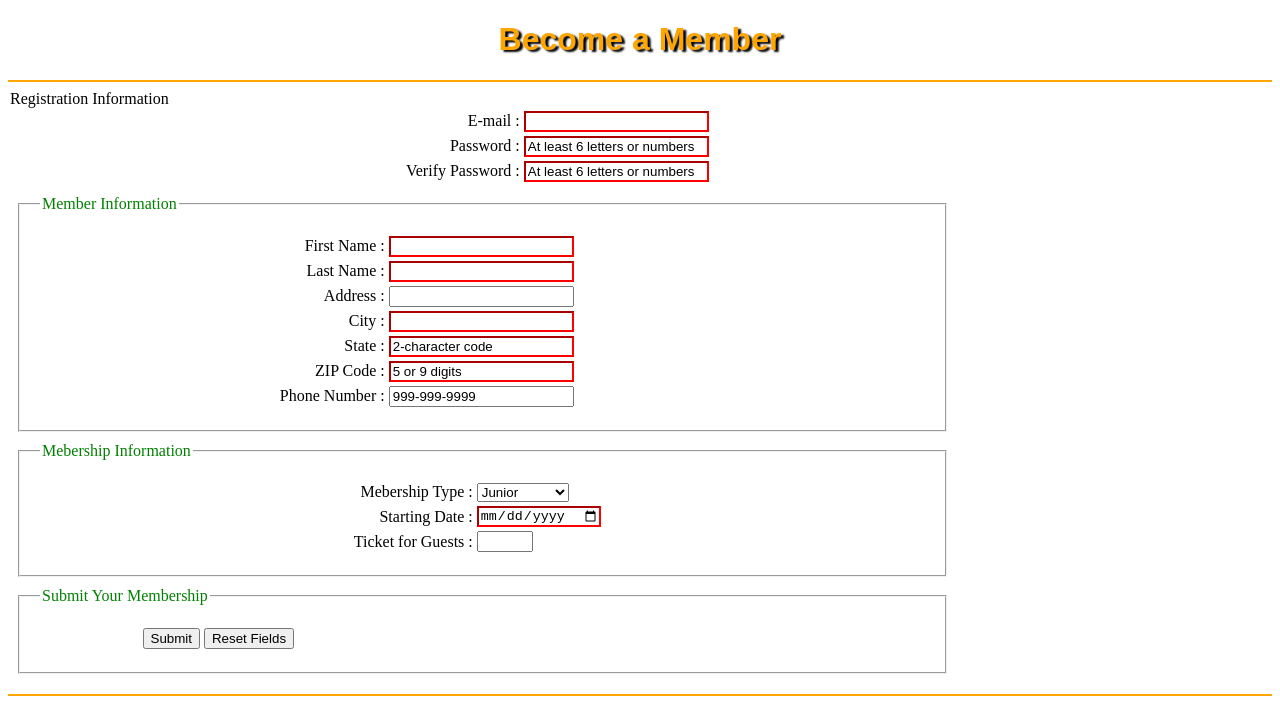
Repository: kjungyoun/Web_Study_2021
Page: 05_seoul08_homework/0302/0302.html
The author's editor kept a copy of each file at every save. The page is drawn from the files as they stood at one save, then again after the next save.
The browser window is 1280 px wide. The pictures show the whole page.
Some web fonts or font styles are not loaded; a fallback is used.

Above is the page before, as saved 2021-03-02 12:45:15.

### 05_seoul08_homework/0302/0302.html
<!DOCTYPE html>
<html>
<head>
<meta charset="UTF-8">
<title>Become a Member</title>
<style type="text/css">
	fieldset {
	color: green;
	width:70%;
	padding:20px;
	margin: 10px 30px;
	}
	table {
	color : black;
	margin: auto;
	width: 80%;
	}
	h1 {
	font-family: "Arial Black", sans-serif;
	color:orange;
	text-shadow: 3px 2px 2px black;
	}
</style>
</head>
<body>
<header>
	<h1 align="center">
		Become a Member
	</h1>
	<hr color="orange" size="2px">
</header>
<form action="index.html">
	<fieldset">
		<legend>Registration Information</legend>
		<table>
			<tbody>
				<tr>
					<td align="right">
						<label for="userid">E-mail : </label>
					</td>
					<td align="left">
						<input type="email" id="email" name="email" style="border-color: red">
					</td>
				</tr>
				<tr>
					<td align="right">
					<label for="password">Password : </label>
					</td>
					<td align="left">
						<input type="text" id="psw" name="psw" value="At least 6 letters or numbers" style="border-color:red">
					</td>
				</tr>
				<tr>
					<td align="right">
						<label for="vpassword">Verify Password : </label>
					</td>
					<td align="left">
						<input type="text" id="vpwd" name="vpwd" value="At least 6 letters or numbers" style="border-color:red;">
					</td>
				</tr>
			</tbody>
		</table>
	</fieldset>
	<fieldset style="margin:10px;">
		<legend>Member Information</legend>
		<table >
			<tbody>
				<tr>
					<td align="right">
						<label for="fname">First Name : </label>
					</td>
					<td align="left">
						<input type="text" id="fname" name="fname" style="border-color:red">
					</td>
				</tr>
				<tr>
					<td align="right">
					<label for="lname">Last Name : </label>
					</td>
					<td align="left">
						<input type="text" id="lname" name="lname" style="border-color:red">
					</td>
				</tr>
				<tr>
					<td align="right">
						<label for="address">Address : </label>
					</td>
					<td align="left">
						<input type="text" id="addr" name="addr">
					</td>
				</tr>
				<tr>
					<td align="right">
						<label for="city">City : </label>
					</td>
					<td align="left">
						<input type="text" id="city" name="city" style="border-color:red">
					</td>
				</tr>
				<tr>
					<td align="right">
						<label for="state">State : </label>
					</td>
					<td align="left">
						<input type="text" id="state" name="state" value="2-character code" style="border-color:red">
					</td>
				</tr>
				<tr>
					<td align="right">
						<label for="zip">ZIP Code : </label>
					</td>
					<td align="left">
						<input type="text" id="addr" name="addr" value="5 or 9 digits" style="border-color:red">
					</td>
				</tr>
				<tr>
					<td align="right">
						<label for="phone">Phone Number : </label>
					</td>
					<td align="left">
						<input type="tel" id="phone" name="phone" value="999-999-9999">
					</td>
				</tr>
			</tbody>
		</table>
	</fieldset>
	<fieldset style="margin:10px;">
		<legend>Mebership Information</legend>
		<table>
			<tr>
				<td align="right">
					<label for="type">Mebership Type : </label>
				</td>
				<td align="left">
					<select name="type" >
						<optgroup label="membership" >
							<option>Junior</option>
							<option>Senior</option>
							<option>Semi Pro</option>
							<option>Pro</option>
							<option>VIP</option>
						</optgroup>
					</select>
				</td>
			</tr>
			<tr>
				<td align="right">
					<label for="date">Starting Date : </label>
				</td>
				<td align="left">
					<input type="date" name="date" style="border-color:red">
				</td>
			</tr>
			<tr>
				<td align="right">
					<label for="guest">Ticket for Guests : </label>
				</td>
				<td align="left">
					<input type="number" min="0" max="30" name="guest">
				</td>
			</tr>
		</table>
	</fieldset>
	<fieldset style="margin:10px; margin-bottom: 20px">
		<legend>Submit Your Membership</legend>
		<table>
			<tr>
				<td></td>
				<td>
					<button type="submit">Submit</button>
					<button type="reset">Reset Fields</button>
				</td>
			</tr>
		</table>
	</fieldset>
</form>
<hr color="orange" size="2px">
</body>
</html>

After the next save:
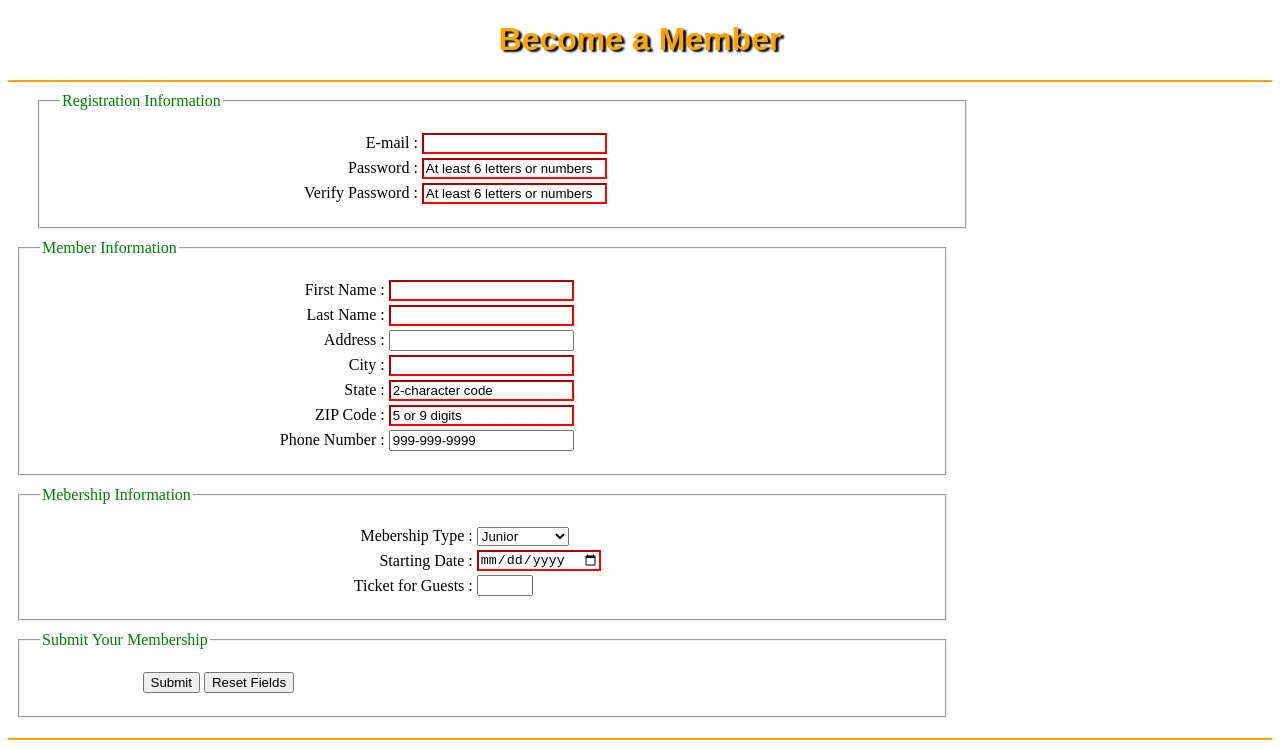
Saved 4 s later.
--- a/05_seoul08_homework/0302/0302.html
+++ b/05_seoul08_homework/0302/0302.html
@@ -30,7 +30,7 @@
 	<hr color="orange" size="2px">
 </header>
 <form action="index.html">
-	<fieldset">
+	<fieldset>
 		<legend>Registration Information</legend>
 		<table>
 			<tbody>
